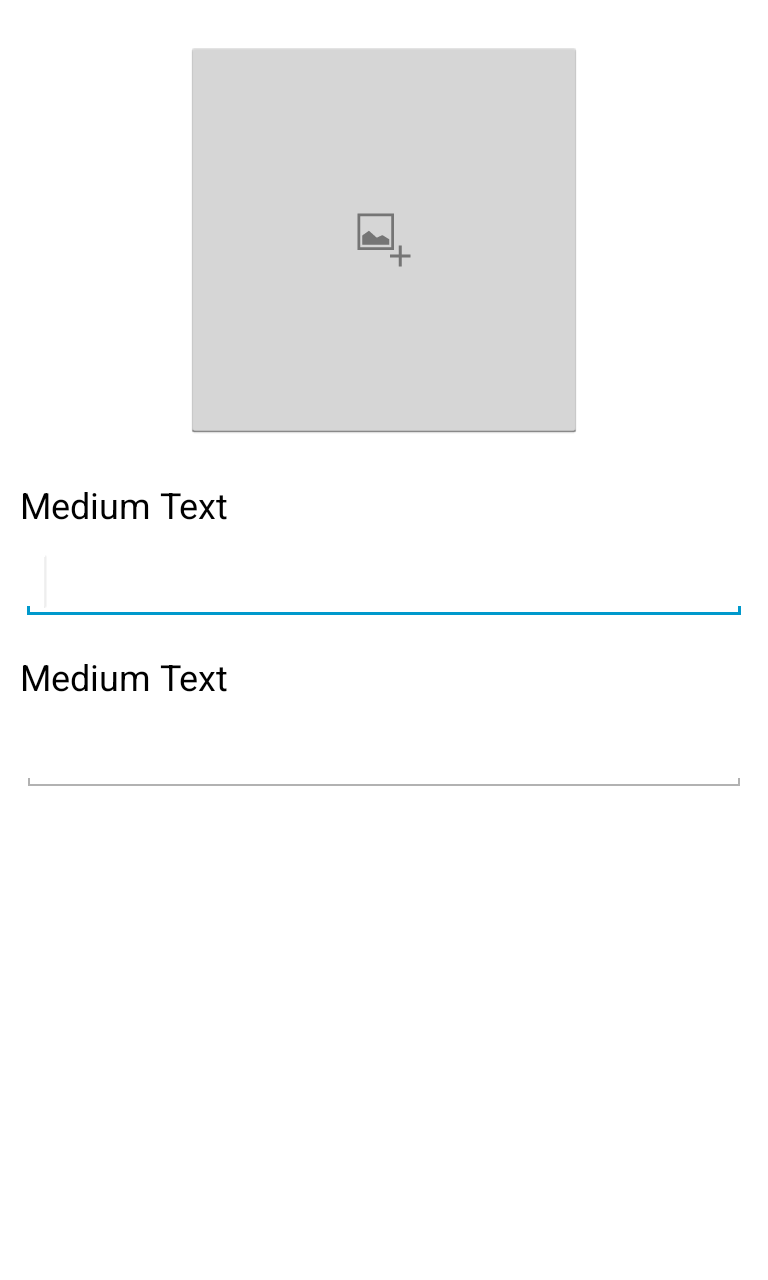
Repository: laurenelder/MDF3
Layout: Week 4/PhotoLocationApp/res/layout/activity_form.xml
An editor plug-in stored every save of this project. The layout is shown before and after the next save, followed by the edit.
It is drawn on a 768 x 1280 px phone screen (xhdpi) without system bars, with theme AppTheme; the app's code is not run.

Above is the layout before, as saved 2014-09-22 23:49:33.

After the next save:
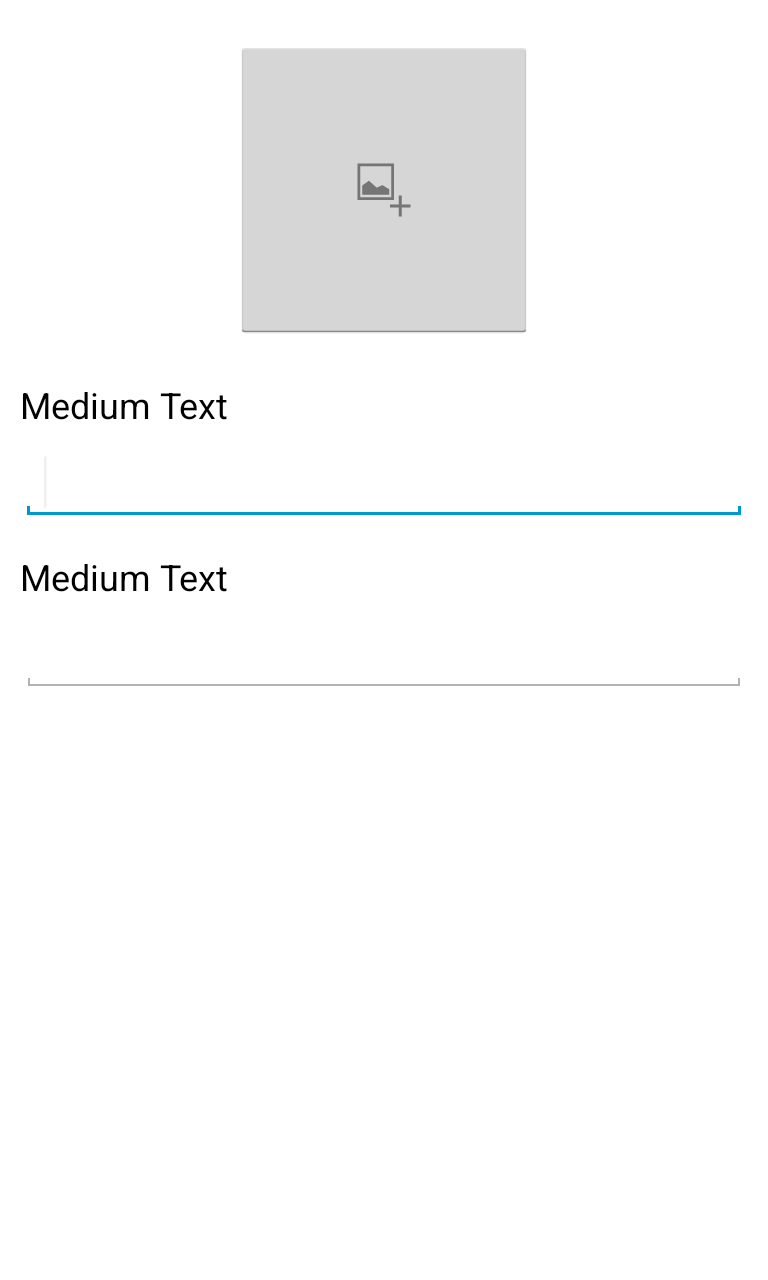
Saved 24 s later.
--- a/Week 4/PhotoLocationApp/res/layout/activity_form.xml
+++ b/Week 4/PhotoLocationApp/res/layout/activity_form.xml
@@ -6,8 +6,8 @@
 
     <ImageButton
         android:id="@+id/imageButton1"
-        android:layout_width="200dp"
-        android:layout_height="200dp"
+        android:layout_width="150dp"
+        android:layout_height="150dp"
         android:layout_gravity="center"
         android:layout_marginTop="20dp"
         android:src="@drawable/ic_action_new_picture" />
